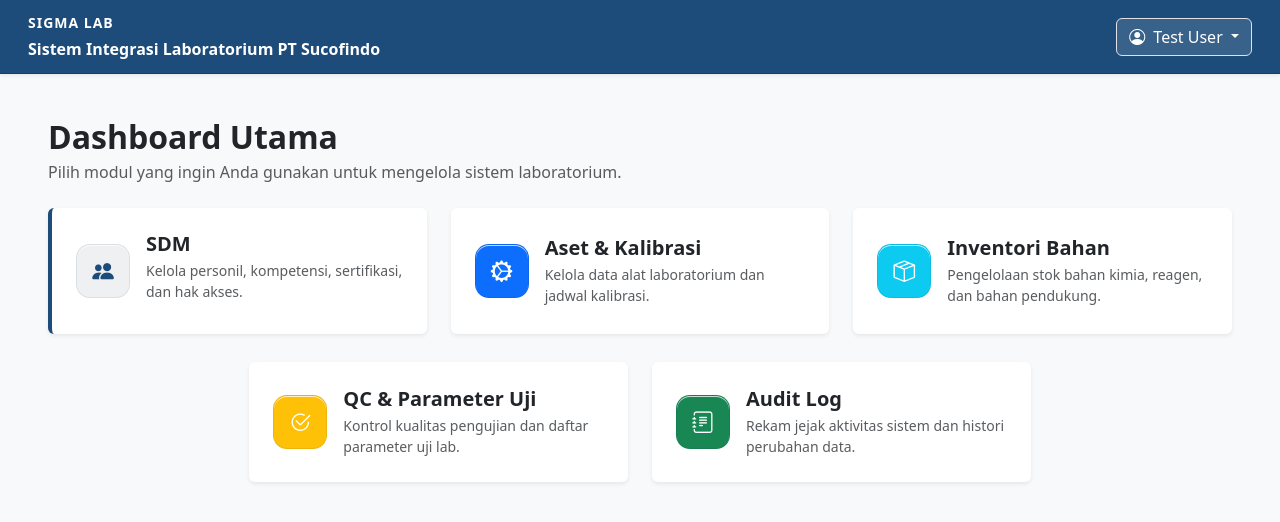
Repository: amelianeesa/sigmalab
Page: http://localhost/dashboard
An editor plug-in stored every save of this project. The page is shown before and after the next save, followed by the edit.
The browser window is 1280 px wide. The pictures show the whole page.
The page is served by the project's Laravel application, run on PHP 8.4 with Laravel 12. A made-up administrator, Test User (test@example.com), is signed in.

Above is the page before, as saved 2026-08-06 13:33:53.

After the next save:
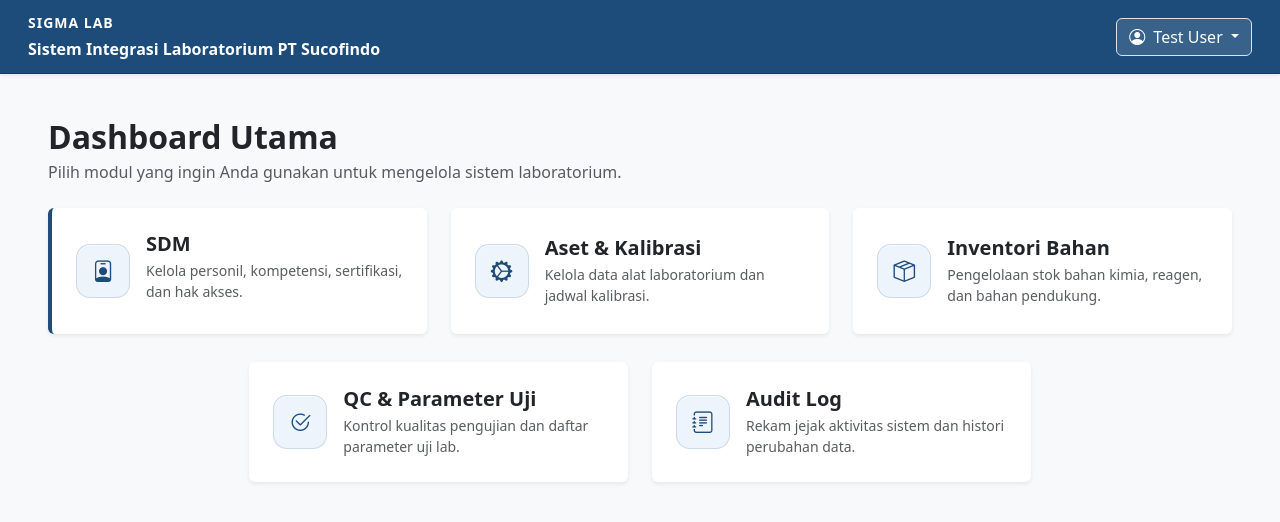
Saved 101 s later.
--- a/resources/views/dashboard-index.blade.php
+++ b/resources/views/dashboard-index.blade.php
@@ -12,8 +12,8 @@
             <a href="{{ route('sdm.index') }}" class="text-decoration-none">
                 <div class="card h-100 border-0 shadow-sm module-card border-start border-4 border-sdm-600">
                     <div class="card-body d-flex align-items-center gap-3 p-4">
-                        <div class="module-icon bg-sdm-50 text-sdm-600">
-                            <i class="bi bi-people-fill"></i>
+                        <div class="module-icon bg-icon text-sdm-600">
+                            <i class="bi bi-person-badge"></i>
                         </div>
                         <div>
                             <h5 class="fw-semibold mb-1 text-dark">SDM</h5>
@@ -28,7 +28,7 @@
             <a href="#" class="text-decoration-none">
                 <div class="card h-100 border-0 shadow-sm module-card">
                     <div class="card-body d-flex align-items-center gap-3 p-4">
-                        <div class="module-icon bg-primary text-white">
+                        <div class="module-icon bg-icon text-sdm-600">
                             <i class="bi bi-gear-wide-connected"></i>
                         </div>
                         <div>
@@ -44,7 +44,7 @@
             <a href="#" class="text-decoration-none">
                 <div class="card h-100 border-0 shadow-sm module-card">
                     <div class="card-body d-flex align-items-center gap-3 p-4">
-                        <div class="module-icon bg-info text-white">
+                        <div class="module-icon bg-icon text-sdm-600">
                             <i class="bi bi-box-seam"></i>
                         </div>
                         <div>
@@ -62,7 +62,7 @@
             <a href="#" class="text-decoration-none">
                 <div class="card h-100 border-0 shadow-sm module-card">
                     <div class="card-body d-flex align-items-center gap-3 p-4">
-                        <div class="module-icon bg-warning text-white">
+                        <div class="module-icon bg-icon text-sdm-600">
                             <i class="bi bi-check2-circle"></i>
                         </div>
                         <div>
@@ -78,7 +78,7 @@
             <a href="#" class="text-decoration-none">
                 <div class="card h-100 border-0 shadow-sm module-card">
                     <div class="card-body d-flex align-items-center gap-3 p-4">
-                        <div class="module-icon bg-success text-white">
+                        <div class="module-icon bg-icon text-sdm-600">
                             <i class="bi bi-journal-text"></i>
                         </div>
                         <div>
@@ -108,8 +108,11 @@
         display: grid;
         place-items: center;
         font-size: 1.35rem;
-        border: 1px solid rgba(15,35,59,.08);
+        border: 1px solid rgba(29,76,122,.16);
         box-shadow: inset 0 1px 0 rgba(255,255,255,.75);
+    }
+    .bg-icon {
+        background-color: #eef4fb !important;
     }
     .sdm-card {
         background-color: #faf5ff;
